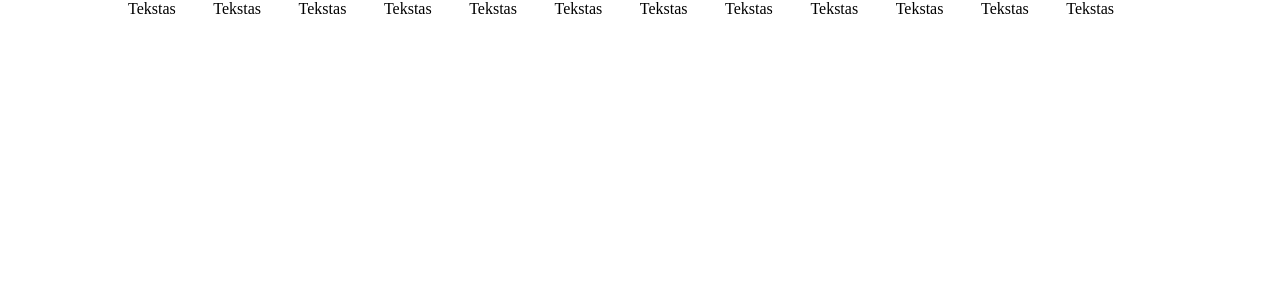
Repository: motiejus1/04-paskaita-praktine-uzduotis
Page: index.html
An editor plug-in stored every save of this project. The page is shown before and after the next save, followed by the edit.
The browser window is 1280 px wide. The pictures show the whole page.

Above is the page before, as saved 2021-06-05 11:44:54.

### index.html
<!DOCTYPE html>

<html lang="en">
    <head>
        <meta charset="UTF-8">
        <meta http-equiv="X-UA-Compatible" content="IE=edge">
        <meta name="viewport" content="width=device-width, initial-scale=1.0">
        <title>Pirma paskaita</title>
        <style>

            /* Centravome visa turinio bloka */
            body {
                width: 80%;
                margin: auto;
            }

            div {
                float:left;
                width: 8.33%;
                height: 200px;
                /* border: 1px solid black; */
                outline: 1px;
            }

            /* Toliau atliksiu struktura */


        </style>

    </head>

    <body>
        <div>Tekstas</div>
        <div>Tekstas</div>
        <div>Tekstas</div>
        <div>Tekstas</div>
        <div>Tekstas</div>
        <div>Tekstas</div>
        <div>Tekstas</div>
        <div>Tekstas</div>
        <div>Tekstas</div>
        <div>Tekstas</div>
        <div>Tekstas</div>
        <div>Tekstas</div>
    </body>

</html>

After the next save:
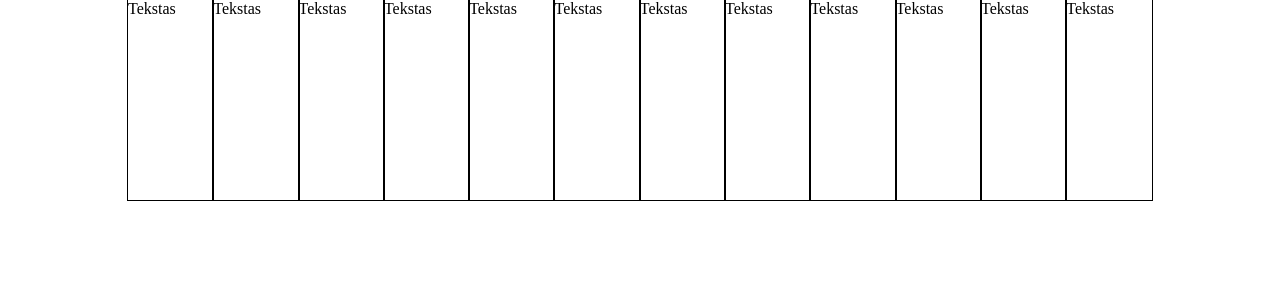
Saved 29 s later.
--- a/index.html
+++ b/index.html
@@ -19,7 +19,7 @@
                 width: 8.33%;
                 height: 200px;
                 /* border: 1px solid black; */
-                outline: 1px;
+                outline: 1px solid black;;
             }
 
             /* Toliau atliksiu struktura */
